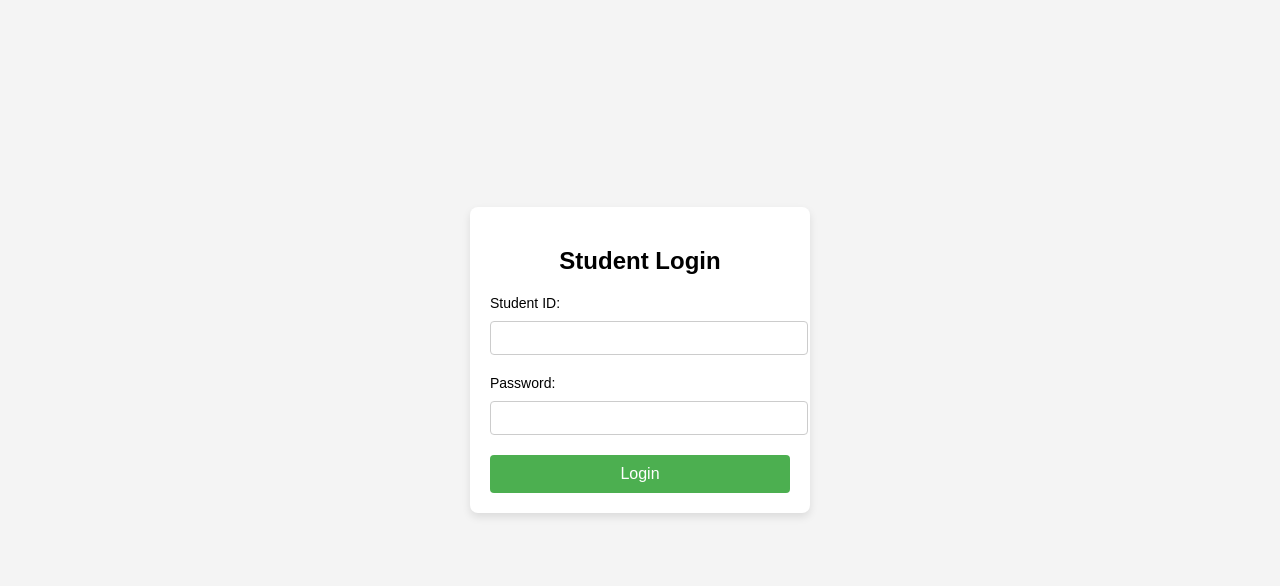
Repository: snehal-shinde151/my_repo
Page: classpro/src/main/webapp/login.html
An editor plug-in stored every save of this project. The page is shown before and after the next save, followed by the edit.
The browser window is 1280 px wide. The pictures show the whole page.

Above is the page before, as saved 2025-03-07 07:29:53.

### classpro/src/main/webapp/login.html
<!DOCTYPE html>
<html>
<head>
<meta charset="UTF-8">
<title>Insert title here</title>
</head>

<head>
    <meta charset="UTF-8">
    <meta name="viewport" content="width=device-width, initial-scale=1.0">
    <title>Student Login Form</title>
    <style>
        body {
            font-family: Arial, sans-serif;
            background-color: #f4f4f4;
            display: flex;
            justify-content: center;
            align-items: center;
            height: 100vh;
            margin: 0;
        }
        .login-container {
            background-color: white;
            padding: 20px;
            border-radius: 8px;
            box-shadow: 0 4px 8px rgba(0, 0, 0, 0.1);
            width: 300px;
        }
        .login-container h2 {
            text-align: center;
            margin-bottom: 20px;
        }
        .form-group {
            margin-bottom: 15px;
        }
        label {
            display: block;
            font-size: 14px;
            margin-bottom: 5px;
        }
        input[type="text"], input[type="password"] {
            width: 100%;
            padding: 8px;
            margin: 5px 0;
            border: 1px solid #ccc;
            border-radius: 4px;
            font-size: 14px;
        }
        button {
            width: 100%;
            padding: 10px;
            background-color: #4CAF50;
            color: white;
            border: none;
            border-radius: 4px;
            font-size: 16px;
            cursor: pointer;
        }
        button:hover {
            background-color: #45a049;
        }
        .footer {
            text-align: center;
            margin-top: 15px;
        }
    </style>
</head>
<body>
    <div class="login-container">
        <h2>Student Login</h2>
        <form action="#" method="POST">
            <div class="form-group">
                <label for="studentId">Student ID:</label>
                <input type="text" id="studentId" name="studentId" required>
            </div>
            <div class="form-group">
                <label for="password">Password:</label>
                <input type="password" id="password" name="password" required>
            </div>
            <button type="submit">Login</button>
            <a href="welcome.html"> </a>
        </form>
       <!--  <div class="footer">
            <p>Forgot password? <a href="#">Click here</a></p>
        </div>-->
    </div>
</body>
</html>

</body>
</html>

After the next save:
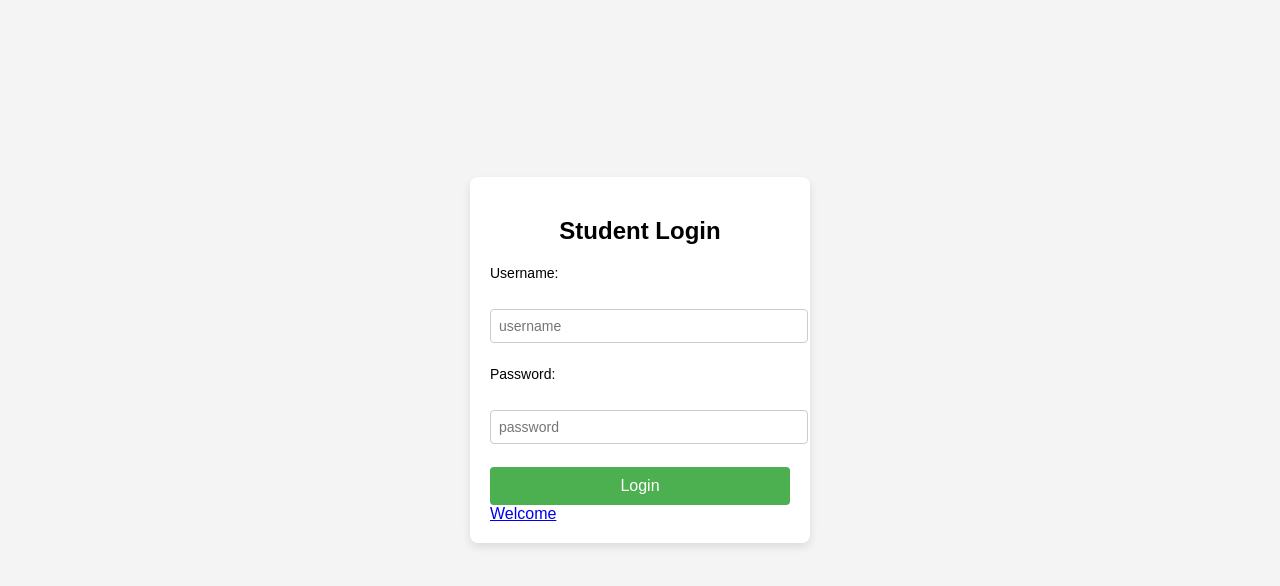
Saved 17 min 22 s later.
--- a/classpro/src/main/webapp/login.html
+++ b/classpro/src/main/webapp/login.html
@@ -68,20 +68,17 @@
 <body>
     <div class="login-container">
         <h2>Student Login</h2>
-        <form action="#" method="POST">
-            <div class="form-group">
-                <label for="studentId">Student ID:</label>
-                <input type="text" id="studentId" name="studentId" required>
-            </div>
-            <div class="form-group">
-                <label for="password">Password:</label>
-                <input type="password" id="password" name="password" required>
-            </div>
+        <form action="Servlet" method="service">
+        <input type="hidden" name="str" value="login">
+         <label>Username:</label>&nbsp;<input type="text" name="username" placeholder="username"required>&nbsp;&nbsp;&nbsp;
+         <label>Password:</label>&nbsp;<input type="text" name="password" placeholder="password"required>&nbsp;&nbsp;&nbsp;
+
+
             <button type="submit">Login</button>
-            <a href="welcome.html"> </a>
+            <a href="welcome.html">Welcome </a>
         </form>
        <!--  <div class="footer">
-            <p>Forgot password? <a href="#">Click here</a></p>
+            <p>Forgot password? <a href="Servlet">Click here</a></p>
         </div>-->
     </div>
 </body>
